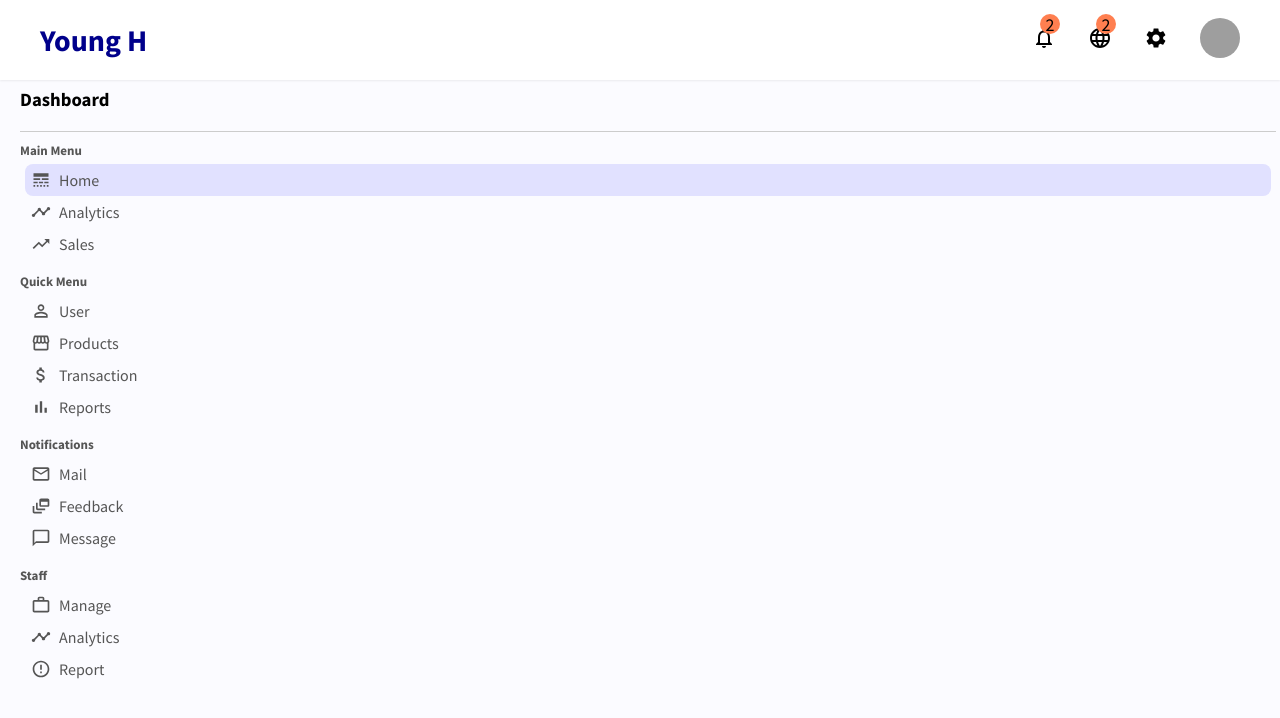
Repository: noname20011/admin
Page: /
An editor plug-in stored every save of this project. The page is shown before and after the next save, followed by the edit.
The browser window is 1280 px wide. The pictures show the whole page.
Pictures or frames that could not be fetched are drawn as grey boxes. The project was rebuilt for these pictures with package versions that can differ from the ones it lists, and the page was loaded fresh each time. Also part of the build but not shown: src/pages/home/home.css.

Above is the page before, as saved 2021-11-13 10:53:34.

After the next save:
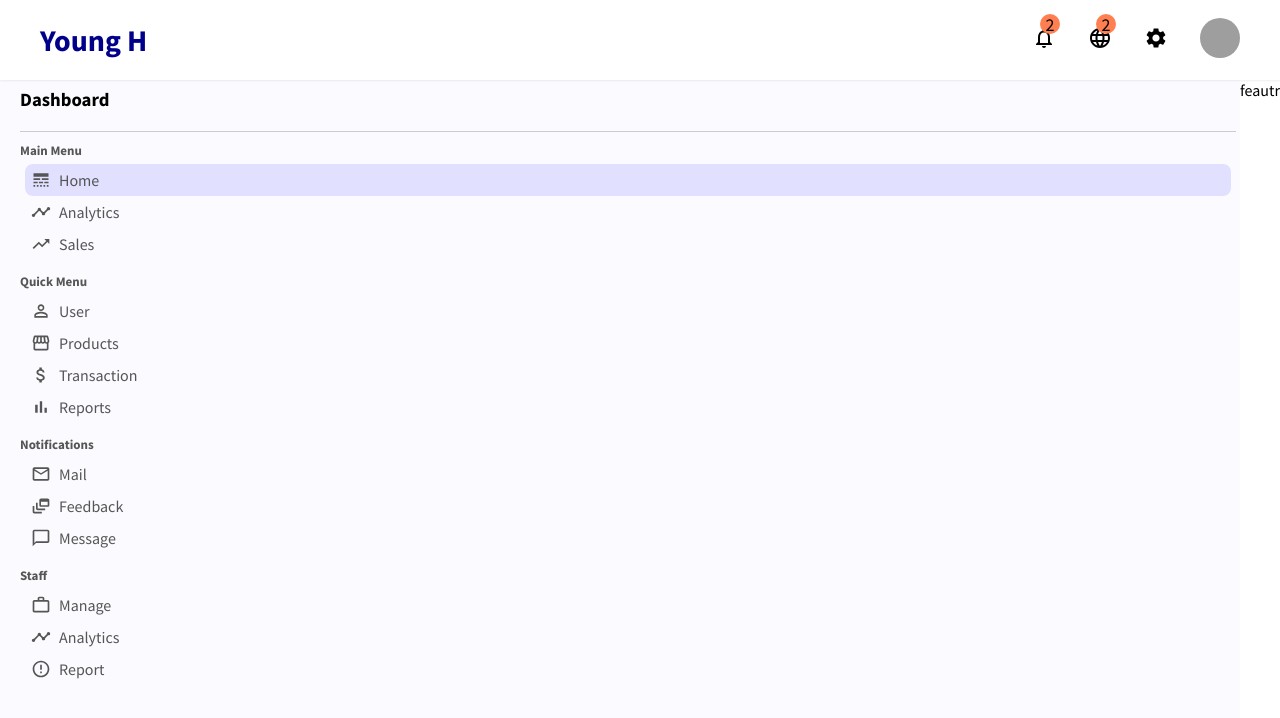
Saved 1 s later.
--- a/src/comopnents/feature/Feature.jsx
+++ b/src/comopnents/feature/Feature.jsx
@@ -3,7 +3,7 @@ import React from 'react'
 export default function Feature() {
     return (
         <div>
-
+            feautr
         </div>
     )
 }
